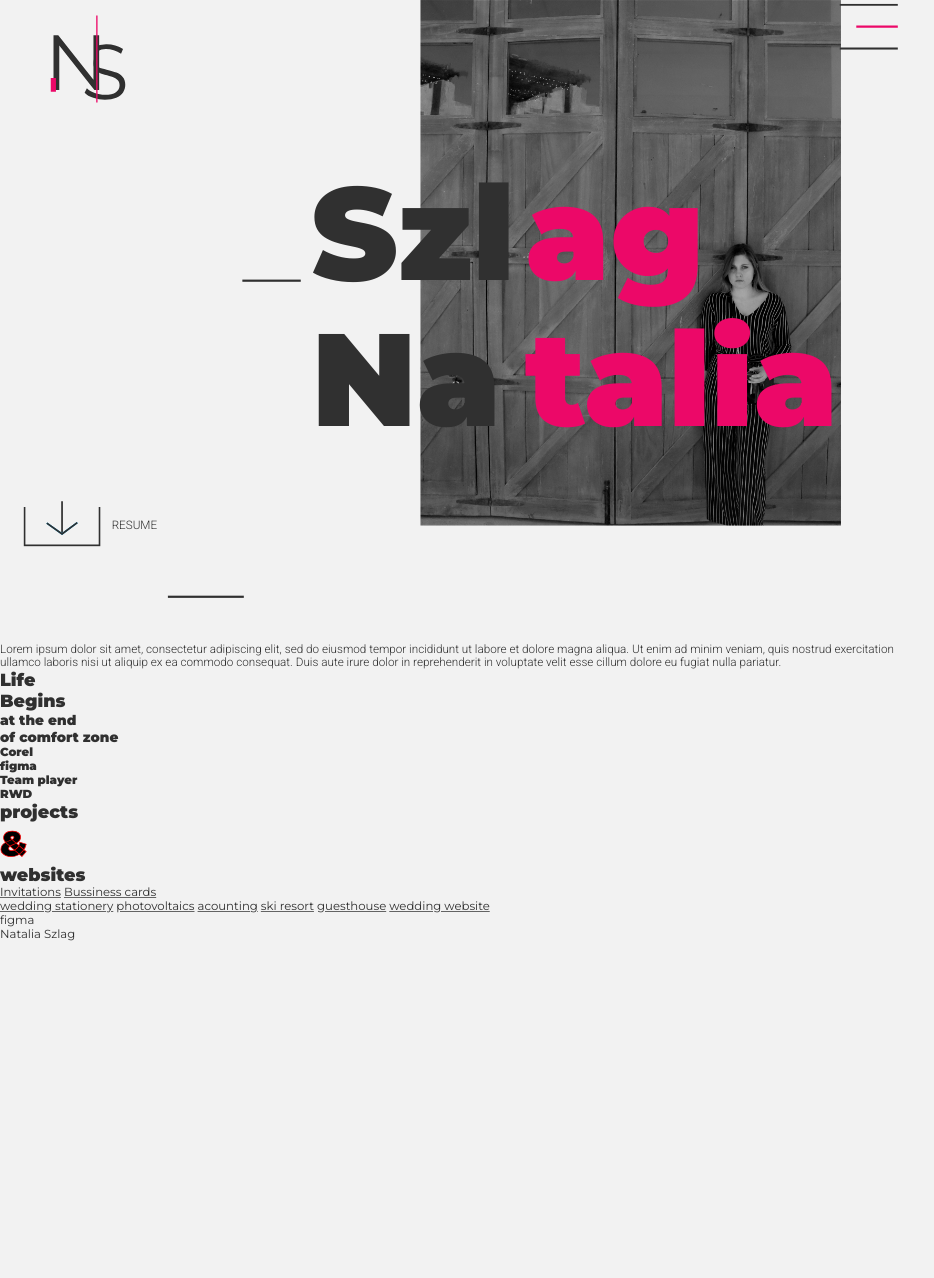
Repository: nataliaszlag/portfolio3
Page: index.html
The author's editor kept a copy of each file at every save. The page is drawn from the files as they stood at one save, then again after the next save.
The browser window is 1280 px wide. The pictures show the whole page, at 73% of full size.
The style sheet was rebuilt from its Sass, Less or Tailwind sources for each picture, by a compiler version that may differ from the author's.

Above is the page before, as saved 2020-09-26 20:02:08.

### index.html
<!DOCTYPE html>
<html lang="en">
<head>
    <meta charset="UTF-8">
    <meta name="viewport" content="width=device-width, initial-scale=1.0">
    <title>Portfolio</title>
    <link rel="stylesheet" href="/css/style.css">
    <link href="https://fonts.googleapis.com/css2?family=Montserrat:wght@300;400;600;900&family=Roboto:wght@300&display=swap" rel="stylesheet">
<body>
    <div><img class="hero-img"src="/img/img-hero.JPG" alt="zdj"></div>
    <header class="hero">
        <nav>
            <logo class="logo">
                <svg width="202" height="202" viewBox="0 0 202 202" fill="none" xmlns="http://www.w3.org/2000/svg">
                    <path d="M111.707 131.661C106.15 131.661 100.822 130.771 95.7284 128.989C90.6331 127.207 86.6957 124.857 83.9163 121.934L87.0156 115.841C89.7232 118.549 93.3219 120.742 97.8117 122.416C102.302 124.091 106.933 124.927 111.707 124.927C118.407 124.927 123.43 123.699 126.779 121.239C130.128 118.781 131.805 115.592 131.805 111.673C131.805 108.68 130.895 106.292 129.078 104.511C127.26 102.729 125.035 101.357 122.397 100.396C119.76 99.4333 116.091 98.3831 111.387 97.2422C78.7372 90.0157 110.659 55.7886 98.6857 58.3337C92.9473 59.5532 105.322 55.7647 113.312 55.5543C117.586 55.4414 121.773 56.1427 125.871 57.3177C129.969 58.4945 133.513 60.116 136.506 62.1821L133.835 68.4884C130.7 66.4223 127.351 64.8726 123.786 63.8395C120.223 62.8047 116.732 62.3344 113.312 62.2882C95.5796 62.0521 91.8988 81.0702 103.104 87.2483C105.649 88.6525 109.535 89.2614 114.167 90.4023C119.654 91.7552 124.089 93.091 127.474 94.4098C130.859 95.7285 133.727 97.7228 136.079 100.396C138.431 103.068 139.607 106.684 139.607 111.245C139.607 115.022 138.591 118.46 136.561 121.561C134.529 124.66 131.411 127.118 127.207 128.936C123.003 130.753 117.837 131.661 111.707 131.661Z" fill="#303030"/>
                    <path d="M103.826 43.3881V118.212H97.3055L49.2035 57.4973V118.212H41.2945V43.3881H47.8146L96.0226 104.103V43.3881H103.826Z" fill="#303030"/>
                    <path fill-rule="evenodd" clip-rule="evenodd" d="M99.789 135.296V16.0728H101.621V135.296H99.789Z" fill="#EC0868"/>
                    <path fill-rule="evenodd" clip-rule="evenodd" d="M37.5521 120.721L37.5538 101.949L44.6315 101.956V120.726L37.5521 120.721Z" fill="#EC0868"/>
                    </svg>


            </logo>
            <ul class="navbar">
                <svg class="hamburger"width="80" height="63" viewBox="0 0 80 63" fill="none" xmlns="http://www.w3.org/2000/svg">
                    <g  class="line-menu-1"><line y1="1.5" x2="80" y2="1.5" stroke="#303030" stroke-width="3"/></g>
                    <g class="line-menu-2"><line y1="61.5" x2="80" y2="61.5" stroke="#303030" stroke-width="3"/></g>
                    <line x1="23" y1="31.5" x2="80" y2="31.5" stroke="#EC0868" stroke-width="3"/>
                    </svg>

                <li class="nav-list"><a>about</a></li>
                <li class="nav-list"><a>portfolio</a></li>
                <li class="nav-list"><head></head>contact</a></li>
            </ul>
        </nav>
        <div class="flex">
            <div class="line-1"></div>
            <h1 class="h1-name">Szl<br>Na</h1>
            <h1 class="h1-name clr-prim">ag<br>talia</h1>
        </div>
        <div class="resume">
            <icon class="resume-icon">
                <svg width="106" height="63" viewBox="0 0 106 63" fill="none" xmlns="http://www.w3.org/2000/svg">
                    <path d="M1.60553 8.5282V61.0716H104.395V8.5282" stroke="#303030" stroke-width="2.36" stroke-miterlimit="22.9256"/>
                    <path d="M53 0.473083V45.5269" stroke="#303030" stroke-width="2.36" stroke-miterlimit="22.9256"/>
                    <path d="M32.1326 30.6015L52.9999 45.5269L73.8673 29.8981" stroke="#00A0E3" stroke-width="2.36" stroke-miterlimit="22.9256"/>
                    <path d="M32.1326 30.6015L52.9999 45.5269L73.8673 29.8981" stroke="#303030" stroke-width="2.36" stroke-miterlimit="22.9256"/>
                    </svg>
            </icon>
            <p class="resume-p">RESUME</p>
            <div class="line-2"></div>
        </div>
    </header>
    <main>
        <article class="main-page">

            <div class="arrow">
                <svg>
                </svg>
            </div>
    </article>
        <article class="about">
            <div class="about-flex">
                <p class="about-p">
                    Lorem ipsum dolor sit amet, consectetur adipiscing elit, sed do eiusmod tempor incididunt ut labore et dolore magna aliqua. Ut enim ad minim veniam, quis nostrud exercitation ullamco laboris nisi ut aliquip ex ea commodo consequat. Duis aute irure dolor in reprehenderit in voluptate velit esse cillum dolore eu fugiat nulla pariatur.
                </p>
        </div>
            <div class="about-flex">
                <h2 class="about-primary">Life</h2>
                <h2 class="about-secondary">Begins</h2>
                <h3 class="about-terciary">at the end<br>of comfort zone</h3>
        </div>
            <div class="about-flex">
                <div class="vector"></div>
        </div>
            <div class="about-flex">
                <h4 class="stat">Corel</h4>
                <div class="stat-bar">
                <div class="bar"></div>
                <div class="bar"></div>
                <div class="bar"></div>
                <div class="bar"></div>
                <div class="bar"></div>
            </div>
            <h4 class="stat">figma</h4>
                <div class="stat-bar">
                <div class="bar-1"></div>
                <div class="bar-2"></div>
                <div class="bar-3"></div>
                <div class="bar-4"></div>
                <div class="bar-5"></div>
            </div>
            <h4 class="stat">Team player</h4>
                <div class="stat-bar">
                <div class="bar-1"></div>
                <div class="bar-2"></div>
                <div class="bar-3"></div>
                <div class="bar-4"></div>
                <div class="bar-5"></div>
            </div>
            <h4 class="stat">RWD</h4>
                <div class="stat-bar">
                <div class="bar-1"></div>
                <div class="bar-2"></div>
                <div class="bar-3"></div>
                <div class="bar-4"></div>
                <div class="bar-5"></div>
            </div>
        </div>
    </article>

    <article class="portfolio">
        <h2 class="portfolio-primary">projects<br></h2>
        <h2 class="portfolio-ampersand">&</h2>
        <h2 class="portfolio-secondary">websites</h2>

        <div class="projects-flex">
            <div class="project-gallery">
                <a href="https://www.kraftdesign.pl" target="_blank" class="link">Invitations</a>
                <a href="#gallery" class="link">Bussiness cards</a>
            </div>
            <div class="project-links">
                <a href="https://www.kraftdesign.pl" target="_blank" class="link">wedding stationery</a>
                <a href="https://www.cellinstalacje.pl" class="link" target="_blank" >photovoltaics</a>
                <a href="https://www.cellsksiegowosc.pl" class="link" target="_blank">acounting</a>
                <a href="https://www.masterski.pl" class="link" target="_blank">ski resort</a>
                <a href="https://www.tylicznoclegi.pl" class="link" target="_blank">guesthouse</a>
                <a href="https://www.pobieramysie.info" class="link" target="_blank">wedding website</a>
            </div>
            <div class="project-display">
                figma
            </div>
        </div>
    </article>

    <article class="contact">
        <div class="square">
            <div class="socials">
                <div class="social-info"></div>
                <div class="social-info"></div>
            </div>
            <div class="svg-animate">Natalia Szlag</div>
        </div>

        <div class="square bg-cover">
            <div class="social-sq">
                <svg class="social-ico">insta</svg>
            </div>
            <div class="social-sq">
                <svg class="social-ico">facebook</svg>
            </div>
            <div class="social-sq">
                <svg class="social-ico">pinterest</svg>
            </div>
        </div>
    </article>
    </main>
  </body>
</html>

### scss/style.scss
// ==========================================
// variables
// ==========================================

//font-var
$font-primary: 'Montserrat', sans-serif;
$font-secondary: 'roboto', sans-serif;
$font-spacing-primary: 10%;
$font-line-primary: 25pt;

//color-var
$clr-font: #303030;
$clr-bg: #f2f2f2;
$clr-accent: #ec0868;


// ============================================
// main style
// =======================================
*,
*:hover,
*:focus{
box-sizing: border-box;
color: $clr-font;
}

body{
    background-color: $clr-bg;
}

*{
    margin: 0;
    padding: 0;
    font-family: $font-primary;
}

.portfolio-ampersand{
    font-size: 48px;
    color: black;
    -webkit-text-stroke: 1px red;
}

.hero{
    min-height: 100%;
    height: 100vh;
    max-width: 95%;
    margin: auto;
}

.hero-img{
    object-fit: cover;
    top: 0;
    right: 10%;
    position: absolute;
    height: 100vh;
    width: 45%;
    z-index: -1;
}

.h1-name{
    display: inline-block;
    font-weight: 900;
    font-size: 180px;
    line-height: 200px;
    padding-left: 10px;
    z-index: 3;
}

.clr-prim{
    color: $clr-accent;
}

.resume{
    margin-top: auto;
    display: flex;
    align-items: center;

    &-p{
        padding: 15px;
    }

    .line-2{
        display: inline-block;
    content:'';
    width: 104px;
    height: 200px;
    border-bottom: solid 3px $clr-font;
    }
}

.line-1{
    display: inline-block;
    content:'';
    width: 80px;
    height: 200px;
    border-top: solid 3px $clr-font;
    margin-left: 300px;
}

nav{
    margin-top: 5px;
    display: flex;
    justify-content: space-between;
    ul{
        display: block;
        list-style-type: none;
        li{
            opacity: 0;
            overflow: hidden;
            padding: 15px;
            transition: .2s ease-out;
        }
    }

    ul:hover > li{
        opacity: 1;
    }

    ul:hover .line-menu-1{
        transform: translateY(20px);
    }

    ul:hover .line-menu-2{
        transform: translateY(-20px);
    }
    }

.line-menu-1{
    transition: .2s ease-out;
}

.line-menu-2{
    transition: .2s ease-out;
}

p{
    font-family: $font-secondary;
}

After the next save:
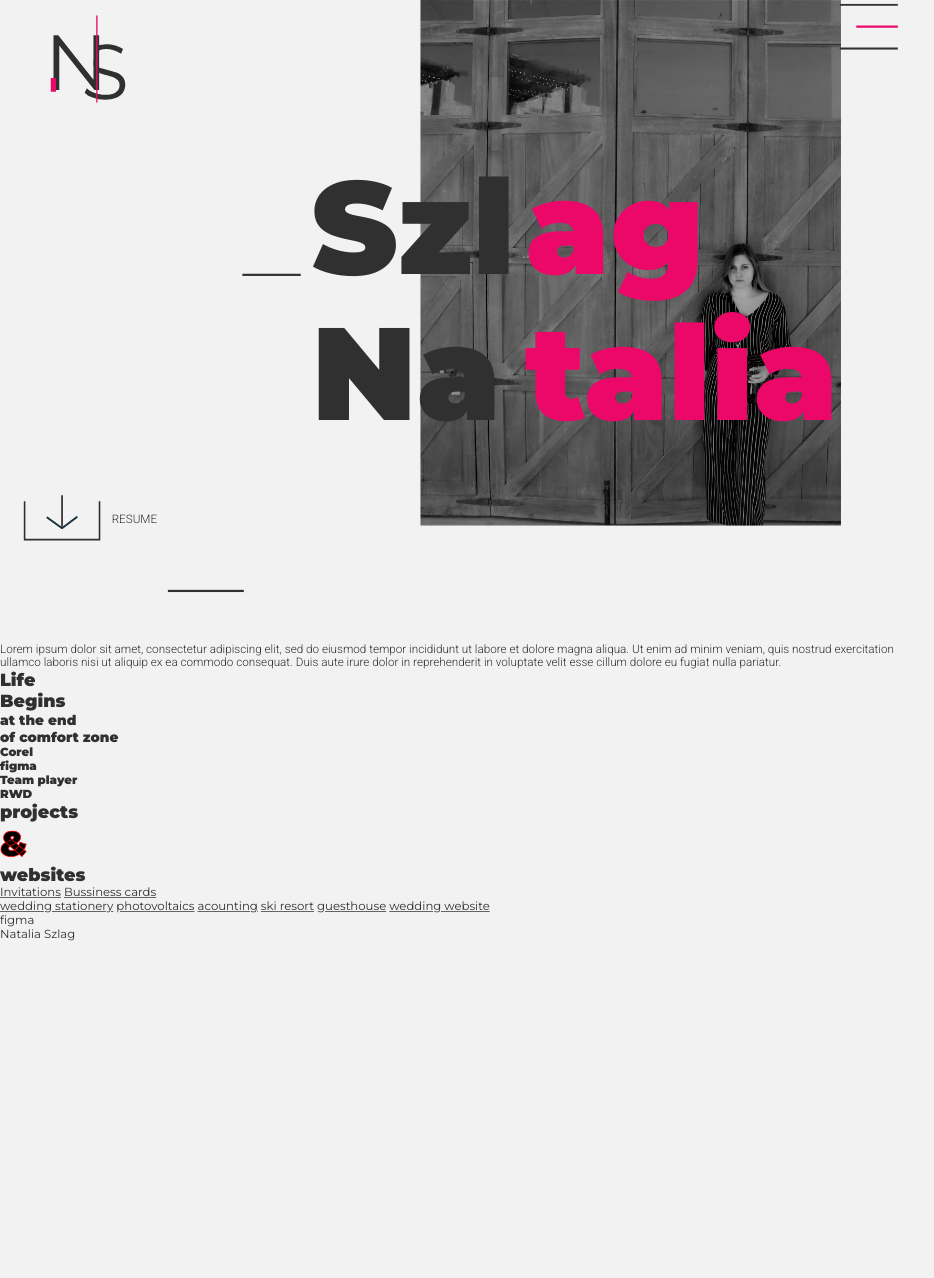
Saved 6 s later.
--- a/index.html
+++ b/index.html
@@ -29,7 +29,7 @@
 
                 <li class="nav-list"><a>about</a></li>
                 <li class="nav-list"><a>portfolio</a></li>
-                <li class="nav-list"><head></head>contact</a></li>
+                <li class="nav-list"><contaccontact</a></li>
             </ul>
         </nav>
         <div class="flex">

After the 4 saves that followed:
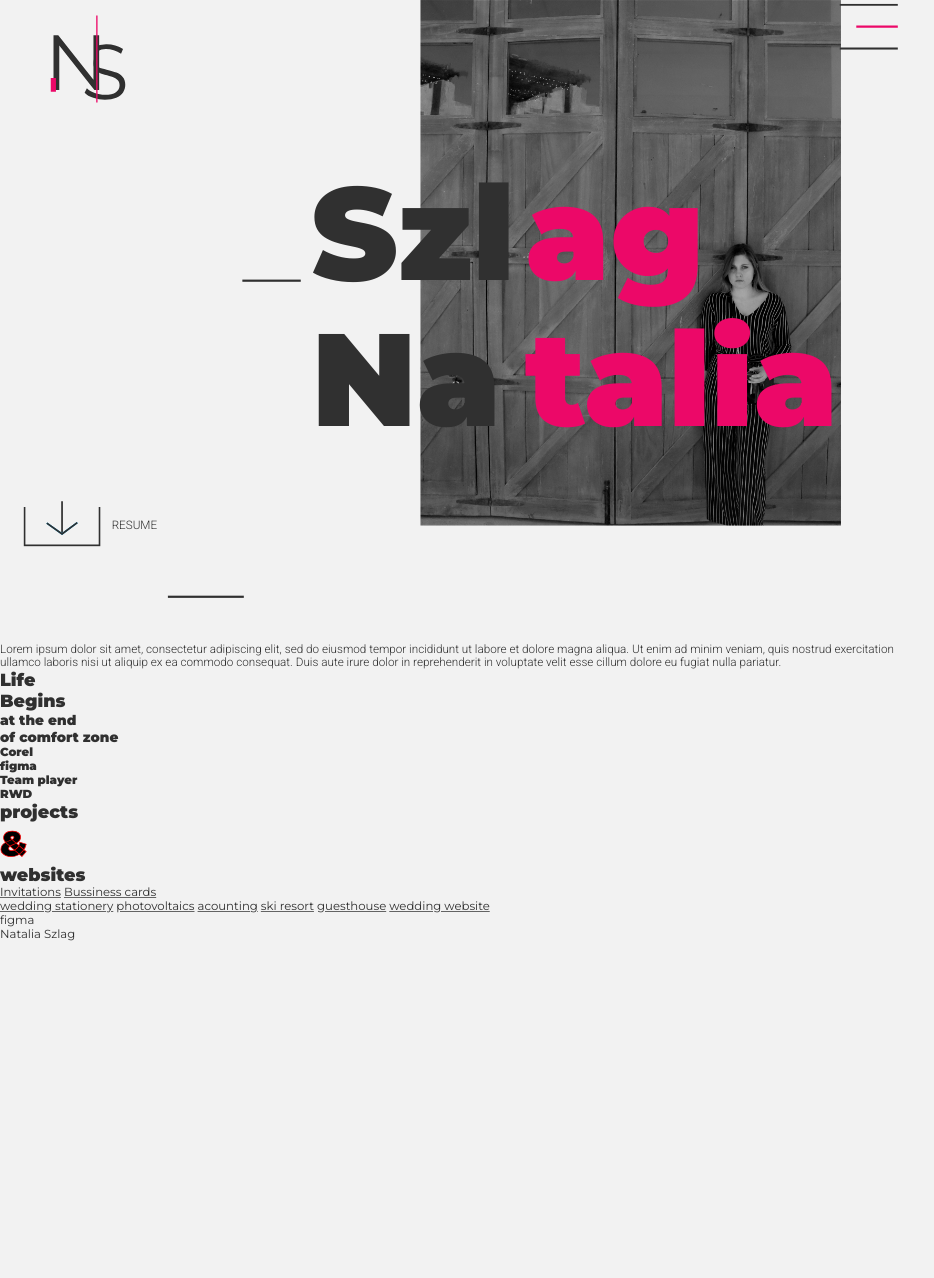
The 4 saves are shown as one change because 1 left the picture as it was and some came seconds apart.
The last was saved 12 s later.
--- a/index.html
+++ b/index.html
@@ -29,7 +29,7 @@
 
                 <li class="nav-list"><a>about</a></li>
                 <li class="nav-list"><a>portfolio</a></li>
-                <li class="nav-list"><contaccontact</a></li>
+                <li class="nav-list"><a>contact</a></li>
             </ul>
         </nav>
         <div class="flex">
